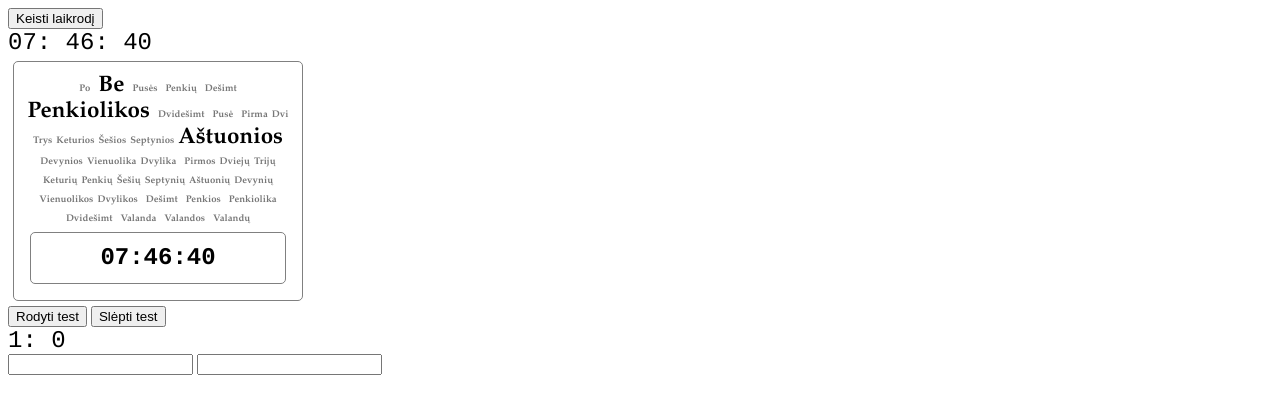
Repository: Skaidrius/WordClock
Page: index.html
The author's editor kept a record of every edit. The page is drawn from the files as they stood at one moment, then again after the next edit.
The browser window is 1280 px wide. The pictures show the whole page.
Some web libraries are served in a nearby version.

Above is the page before.

### index.html
<!DOCTYPE html>
<html>

<head>
    <meta charset="UTF-8">
    <title>Laikrodukas</title>
    <link type="text/css" rel="stylesheet" href="style.css"></link>
</head>

<body ng-app="clockApp">

    <div ng-controller="DataController" ng-init="init();">
        <button ng-click="changeClass()">Keisti laikrodį</button><br>
        <span class="digital">{{currHours}}: {{currMins}}: {{currSecs}}</span>

        <show-big-clock></show-big-clock>
    </div>


    <div ng-controller="TestController" ng-init="currHours = '1'; currMins = '0';">
        <button ng-click="show=true">Rodyti test</button>
        <button ng-click="show=false">Slėpti test</button>
        <div ng-show="show" id="clck-bgr">
        <ul>
            <li ng-class="currMins >= 5 && currMins < 25 || currMins >= 35 && currMins < 40 ? 'active' : 'passive'">{{after}}</li>
            <li ng-class="currMins >= 25 && currMins < 30 || currMins >= 40 ? 'active' : 'passive'">{{till}}</li>
            <li ng-class="currMins >= 35 && currMins < 40 ? 'active' : 'passive'">{{afterhalf}}</li>
            <li ng-class="currMins >= 25 && currMins < 30 || currMins >=  55 ? 'active' : 'passive'">{{fivetill}}</li>
            <li ng-class="currMins >= 50 && currMins < 55 ? 'active' : 'passive'">{{ten}}</li>
            <li ng-class="currMins >= 45 && currMins < 50 ? 'active' : 'passive'">{{quarter}}</li>
            <li ng-class="currMins >= 40 && currMins < 45 ? 'active' : 'passive'">{{twenty}}</li>
            <li ng-class="currMins >= 25 && currMins < 35 ? 'active' : 'passive'">{{half}}</li>

            <li ng-show="item.value!= 13" ng-repeat="item in hoursPastHalf" ng-class="currMins >= 40 && item.value-1 == currHours || currMins < 5 && item.value == currHours ? 'active' : 'passive'">{{item.name }}</li>

            <li ng-show="item.value!= 13" ng-repeat="item in hoursPastZero" ng-class="currMins >= 5 && currMins < 25 && item.value == currHours || currMins >= 25 && currMins < 40 && item.value-1 == currHours ? 'active' : 'passive'">{{item.name }}</li>

            <li ng-class="currMins > 9 && currMins < 15 || currHours == tenHours.value && currMins >= 0 && currMins < 25 || currMins >= 25 && currMins < 60 && tenHours.value-1 == currHours ? 'active' : 'passive'">{{tenHours.name}}</li>

            <li ng-class="currMins < 10 && five.value == currHours ||
                    currMins > 35 && five.value-1 == currHours ||
                    currMins >=5 && currMins < 10 ||
                    currMins >= 35 && currMins < 40 ? 'active' : 'passive'">{{five.name}}</li>

            <li ng-class="currMins >= 15 && currMins < 20? 'active' : 'passive'">{{fifteen}}</li>
            <li ng-class="currMins >= 20 && currMins < 25 ? 'active' : 'passive'">{{twenty}}</li>
            <li ng-class="currMins < 5 && currHours == 1 < 5 ? 'active' : 'passive'">{{hour}}</li>
            <li ng-class="currMins < 5 && currHours > 1 && currHours <= 9 ? 'active' : 'passive'">{{hours}}</li>
            <li ng-class="currMins < 5 && currHours > 9 ? 'active' : 'passive'">{{morehour}}</li>
        </ul>
        </div>

        <div class="digital">
            <span>{{currHours}}: {{currMins}}</span><br>
         </div>
         <div>
            <input type="number" ng-model="currHours"/></label>
            <input type="number" ng-model="currMins"/></label>
         </div>
    </div>


<script src="https://ajax.googleapis.com/ajax/libs/angularjs/1.3.12/angular.min.js"></script>
<script type="text/javascript" src="app.js"></script>
</body>

</html>

### style.css
body {
    font-family: 'Book Antiqua', 'Palatino Linotype', Palatino, serif;
}

.clck-bgr {
    text-align: center;
    max-width: 300px;
}

ul {
    max-width: 512px;
    height: auto;
    border: 1px solid grey;
    border-radius: 5px;
    padding: 0.7em;
    margin: 5px;
}
ul li    {
    list-style: none;
    display: inline-block;
    padding: 0 2px;
    font-weight: bold;
}

.active   { color: #000; font-size: 1.4em}
.passive  { color: #777; font-size: 0.6em}

.visible   { visibility: visible; font-size: 1.4em}
.hidden  { display: none; font-size: 0.6em}

.digital {
    font-family: ‘Courier New’, Courier, monospace;
    font-size: 24px;
}

.digital::before {
    clear: both;
}

### app.js
var app = angular.module('clockApp', []);
app.controller('DataController', function($scope, $interval, $filter) {

    $scope.init = $interval(function(){
        $scope.input = new Date();
        $scope.currHours = $filter('date')($scope.input, 'hh');
        $scope.currMins = $filter('date')($scope.input, 'mm');
        $scope.currSecs = $filter('date')($scope.input, 'ss');

        $scope.hoursPastHalf= [ {value:   1,     name: "Pirma" },
                        {value:   2,     name: "Dvi"        },
                        {value:   3,     name: "Trys"       },
                        {value:   4,     name: "Keturios"   },
                        {value:   6,     name: "Šešios"     },
                        {value:   7,     name: "Septynios"  },
                        {value:   8,     name: "Aštuonios"  },
                        {value:   9,     name: "Devynios"   },
                        {value:  11,     name: "Vienuolika" },
                        {value:  12,     name: "Dvylika"    },
                        {value:  13,     name: "Pirma"      } ];

        $scope.tenHours = {value:  10,     name: "Dešimt"   };
        $scope.five =   {value:  5,     name:  "Penkios"    };

        $scope.hoursPastZero = [ {value:  1,     name: "Pirmos"     },
                        {value:  2,     name: "Dviejų"      },
                        {value:  3,     name: "Trijų"       },
                        {value:  4,     name: "Keturių"     },
                        {value:  5,     name: "Penkių"      },
                        {value:  6,     name: "Šešių"       },
                        {value:  7,     name: "Septynių"    },
                        {value:  8,     name: "Aštuonių"    },
                        {value:  9,     name: "Devynių"     },
                        {value:  11,    name: "Vienuolikos" },
                        {value:  12,    name: "Dvylikos"    },
                        {value:  13,    name: "Pirmos"      }  ];

        $scope.till = "Be";
        $scope.after = "Po";

        $scope.fivetill = "Penkių";
        $scope.ten = "Dešimt";
        $scope.quarter = "Penkiolikos";
        $scope.fifteen = "Penkiolika";
        $scope.twenty = "Dvidešimt";
        $scope.half = "Pusė";
        $scope.afterhalf = "Pusės";

        $scope.hour = "Valanda";
        $scope.hours = "Valandos";
        $scope.morehour = "Valandų";

    },100 );

    $scope.showClassName = 'active';
    $scope.hiddenClassName = 'passive';

    $scope.changeClass = function(){
        if ($scope.showClassName != "active"){
            $scope.showClassName = "active";
            $scope.hiddenClassName = "passive";
          } else {
            $scope.showClassName = "visible";
            $scope.hiddenClassName = "hidden";
          }
    };

});

app.controller('DataControllerEn', function($scope, $interval, $filter) {

    $scope.init = $interval(function(){
        $scope.input = new Date();
        $scope.currHours = $filter('date')($scope.input, 'hh');
        $scope.currMins = $filter('date')($scope.input, 'mm');
        $scope.currSecs = $filter('date')($scope.input, 'ss');

        $scope.hoursPastHalf= [ {value:   1,     name: "One" },
                        {value:   2,     name: "Two"        },
                        {value:   3,     name: "Three"       },
                        {value:   4,     name: "Four"   },
                        {value:   6,     name: "Six"     },
                        {value:   7,     name: "Seven"  },
                        {value:   8,     name: "Eight"  },
                        {value:   9,     name: "Nine"   },
                        {value:  11,     name: "Eleven" },
                        {value:  12,     name: "Twelve"    },
                        {value:  13,     name: "Thirteen"      } ];

        $scope.tenHours = {value:  10,     name: "Ten"   };
        $scope.five =   {value:  5,     name:  "Five"    };

        $scope.hoursPastZero = [ {value:  1,     name: "Pirmos"     },
                        {value:  2,     name: "Dviejų"      },
                        {value:  3,     name: "Trijų"       },
                        {value:  4,     name: "Keturių"     },
                        {value:  5,     name: "Penkių"      },
                        {value:  6,     name: "Šešių"       },
                        {value:  7,     name: "Septynių"    },
                        {value:  8,     name: "Aštuonių"    },
                        {value:  9,     name: "Devynių"     },
                        {value:  11,    name: "Vienuolikos" },
                        {value:  12,    name: "Dvylikos"    },
                        {value:  13,    name: "Pirmos"      }  ];

        $scope.till = "Till";
        $scope.after = "Past";

        $scope.fivetill = "Five";
        $scope.ten = "Ten";
        $scope.quarter = "Quarter";
        $scope.fifteen = "Quarter";
        $scope.twenty = "Twenty";
        $scope.half = "Half of";
        $scope.afterhalf = "Half";

        $scope.hour = "Hour";
        $scope.hours = "Hour";
        $scope.morehour = "Hour";

    },100 );

    $scope.showClassName = 'active';
    $scope.hiddenClassName = 'passive';

    $scope.changeClass = function(){
        if ($scope.showClassName != "active"){
            $scope.showClassName = "active";
            $scope.hiddenClassName = "passive";
          } else {
            $scope.showClassName = "visible";
            $scope.hiddenClassName = "hidden";
          }
    };

});

// tests
app.controller('TestController', function($scope, $interval) {  //clone for testing

    $scope.init = $interval(function(){

        $scope.hoursPastHalf= [ {value:   1,     name: "Pirma" },
                        {value:   2,     name: "Dvi"        },
                        {value:   3,     name: "Trys"       },
                        {value:   4,     name: "Keturios"   },
                        {value:   6,     name: "Šešios"     },
                        {value:   7,     name: "Septynios"  },
                        {value:   8,     name: "Aštuonios"  },
                        {value:   9,     name: "Devynios"   },
                        {value:  11,     name: "Vienuolika" },
                        {value:  12,     name: "Dvylika"    },
                        {value:  13,     name: "Pirma"      } ];

        $scope.tenHours = {value:  10,  name: "Dešimt"      };
        $scope.five =   {value:  5,     name:  "Penkios"    };

        $scope.hoursPastZero = [ {value:  1,     name: "Pirmos"     },
                        {value:  2,     name: "Dviejų"      },
                        {value:  3,     name: "Trijų"       },
                        {value:  4,     name: "Keturių"     },
                        {value:  5,     name: "Penkių"      },
                        {value:  6,     name: "Šešių"       },
                        {value:  7,     name: "Septynių"    },
                        {value:  8,     name: "Aštuonių"    },
                        {value:  9,     name: "Devynių"     },
                        {value:  11,    name: "Vienuolikos" },
                        {value:  12,    name: "Dvylikos"    },
                        {value:  13,    name: "Pirmos"      }  ];

        $scope.till = "Be";
        $scope.after = "Po";

        $scope.fivetill = "Penkių";
        $scope.ten = "Dešimt";
        $scope.quarter = "Penkiolikos";
        $scope.fifteen = "Penkiolika";
        $scope.twenty = "Dvidešimt";
        $scope.half = "Pusė";
        $scope.afterhalf = "Pusės";

        $scope.hour = "Valanda";
        $scope.hours = "Valandos";
        $scope.morehour = "Valandų";

},100 );

});

app.directive('showBigClock', function(){
    return {
        templateUrl: 'clock.html'
    };
});

### clock.html
<div class="clck-bgr">
<ul class= "clck-circle">
    <li ng-class="currMins >= 5 && currMins < 25 || currMins >= 35 && currMins < 40 ? showClassName : hiddenClassName">{{after}}</li>
    <li ng-class="currMins >= 25 && currMins < 30 || currMins >= 40 ? showClassName : hiddenClassName">{{till}}</li>
    <li ng-class="currMins >= 35 && currMins < 40 ? showClassName : hiddenClassName ">{{afterhalf}}</li>
    <li ng-class="currMins >= 25 && currMins < 30 || currMins >=  55 ? showClassName : hiddenClassName">{{fivetill}}</li>
    <li ng-class="currMins >= 50 && currMins < 55 && currMins >=10 && currMins < 20 ? showClassName : hiddenClassName">{{ten}}</li>
    <li ng-class="currMins >= 45 && currMins < 50 ? showClassName : hiddenClassName">{{quarter}}</li>
    <li ng-class="currMins >= 40 && currMins < 45 ? showClassName : hiddenClassName">{{twenty}}</li>
    <li ng-class="currMins >= 25 && currMins < 35 ? showClassName : hiddenClassName">{{half}}</li>

    <li ng-show="item.value!= 13" ng-repeat="item in hoursPastHalf" ng-class="currMins >= 40 && item.value-1 == currHours || currMins < 5 && item.value == currHours ? showClassName : hiddenClassName">{{item.name }}</li>
    <li ng-show="item.value!= 13" ng-repeat="item in hoursPastZero" ng-class="currMins >= 5 && currMins < 25 && item.value == currHours || currMins >= 25 && currMins < 40 && item.value-1 == currHours ? showClassName : hiddenClassName">{{item.name }}</li>

    <li ng-class="currMins > 9 && currMins < 15 || currHours == tenHours.value && currMins >= 0 && currMins < 25 || currMins >= 25 && currMins < 60 && tenHours.value-1 == currHours ? showClassName : hiddenClassName">{{tenHours.name}}</li>

    <li ng-class="currMins < 10 && five.value == currHours ||
                    currMins > 35 && five.value-1 == currHours ||
                    currMins >=5 && currMins < 10 ||
                    currMins >= 35 && currMins < 40 ? showClassName : hiddenClassName">{{five.name}}</li>

    <li ng-class="currMins >= 15 && currMins < 20 ? showClassName : hiddenClassName">{{fifteen}}</li>
    <li ng-class="currMins >= 20 && currMins < 25 ? showClassName : hiddenClassName">{{twenty}}</li>
    <li ng-class="currMins < 5 && currHours == 1 < 5 ? showClassName : hiddenClassName">{{hour}}</li>
    <li ng-class="currMins < 5 && currHours > 1 && currHours <= 9 ? showClassName : hiddenClassName">{{hours}}</li>
    <li ng-class="currMins < 5 && currHours > 9 ? showClassName : hiddenClassName">{{morehour}}</li>
    <ul>
        <li class="digital" >{{currHours}}:{{currMins}}:{{currSecs}}</li>
    </ul>
</ul>
</div>

After the next edit:
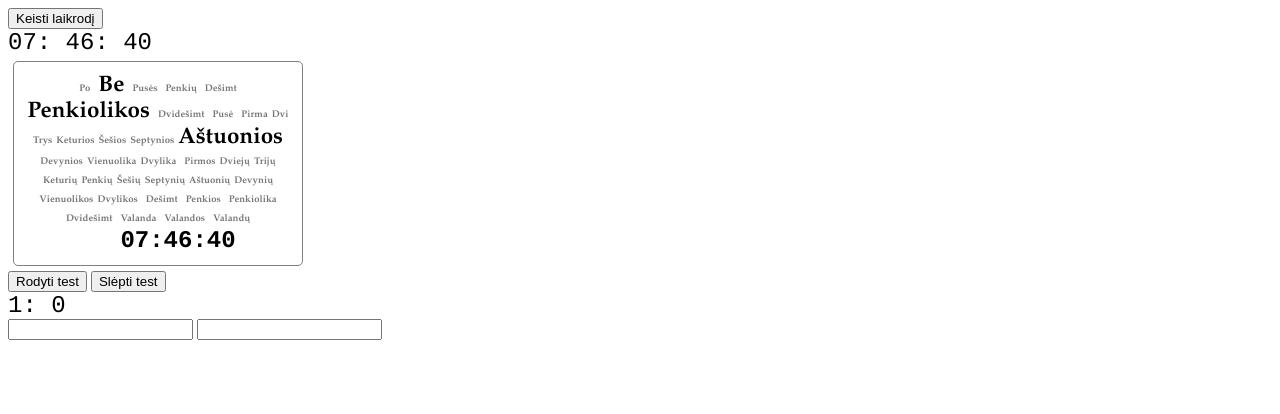
The edit:
--- a/style.css
+++ b/style.css
@@ -7,7 +7,7 @@
     max-width: 300px;
 }
 
-ul {
+.clck-circle {
     max-width: 512px;
     height: auto;
     border: 1px solid grey;
